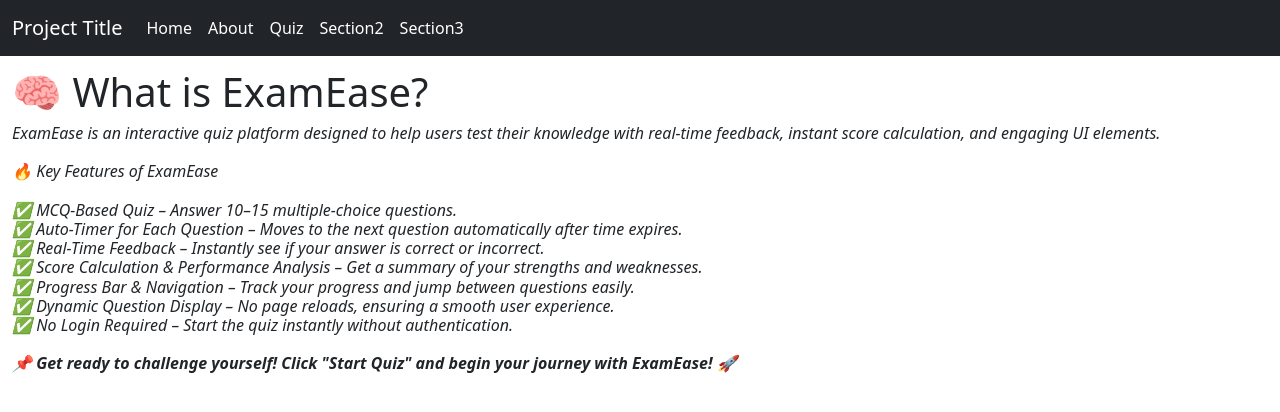
Repository: rahul-chakradhari/devquest
Page: /about (app in project/)
An editor plug-in stored every save of this project. The page is shown before and after the next save, followed by the edit.
The browser window is 1280 px wide. The pictures show the whole page.
The project was rebuilt for these pictures with package versions that can differ from the ones it lists, and the page was loaded fresh each time. Also part of the build but not shown: project/vite.config.js, project/src/components/Home.jsx, project/src/components/Section2.jsx, project/src/components/Section3.jsx, project/src/components/ProgressBar.jsx, project/src/components/Quiz.jsx, project/src/index.css.

Above is the page before, as saved 2025-02-23 15:43:10.

After the next save:
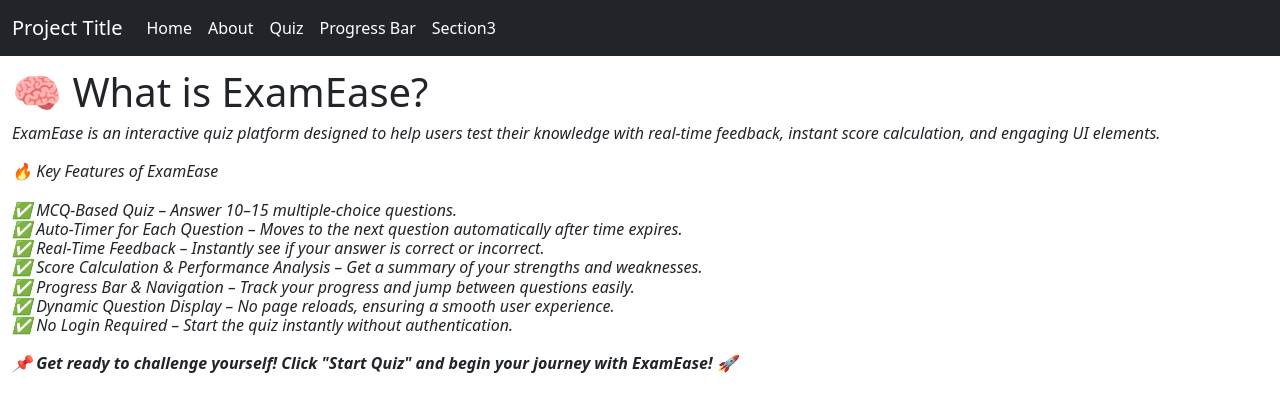
Saved 27 s later.
--- a/project/src/components/Navbar.jsx
+++ b/project/src/components/Navbar.jsx
@@ -54,12 +54,8 @@
                 </Link>
               </li>
               <li className="nav-item">
-                <Link
-                  className="nav-link active"
-                  aria-current="page"
-                  to="/section2"
-                >
-                  Section2
+                <Link className="nav-link active" aria-current="page" to="/bar">
+                  Progress Bar
                 </Link>
               </li>
               <li className="nav-item">
